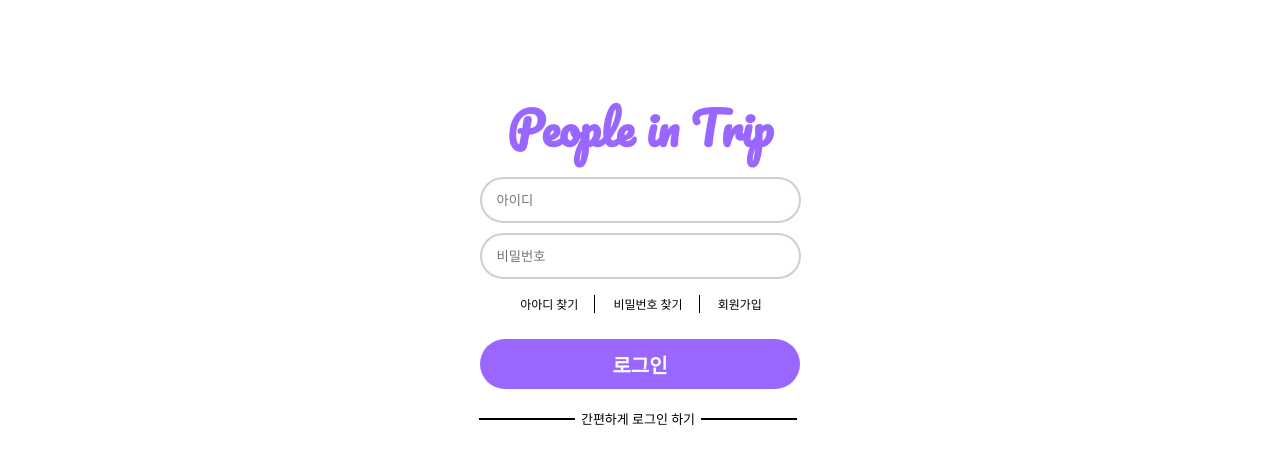
Repository: kimjinmin4535/ezen_loginteam
Page: http://localhost/Ezen_Project/login/login.jsp
These files come from the project's save history. The page is drawn as it stood at one moment and after the next save; the edit follows.
The browser window is 1280 px wide. The pictures show the whole page.
The page is served by Tomcat 9. Other server files are loaded and not shown.

Above is the page before, as saved 2022-07-04 16:39:47.

### Ezen_Project/src/main/webapp/login/login.jsp
<%@ page language="java" contentType="text/html; charset=UTF-8"
    pageEncoding="UTF-8"%>
<!DOCTYPE html>
<html>
<head>
<meta charset="UTF-8">
<title>로그인</title>
<link rel="stylesheet" href="../resources/css/login/login.css" />
<link href='https://fonts.googleapis.com/css?family=Pacifico' rel='stylesheet'>
</head>
<body>
	<div class="login_form">
		<h1>People in Trip</h1>
		<form action="#">
			<div>
				<input type="text" placeholder="아이디" id="login_id" /><br>
				<input type="password" placeholder="비밀번호" id="login_pw" />
				<ul>
					<li id="login_menu"><a href="#" id="login_menu">아아디 찾기</a></li>
					<li id="login_menu"><a href="#" id="login_menu">비밀번호 찾기</a></li>
					<li id="login_menu"><a href="#" id="login_menu">회원가입</a></li>
				</ul>
				<button type="submit" id="login_bt"><strong>로그인</strong></button>
			</div>
		</form>
		<div>
			<p id="login_ez">간편하게 로그인 하기</p>
			<img>
		</div>
	</div>
</body>
</html>

### Ezen_Project/src/main/webapp/resources/css/login/login.css
@charset "UTF-8";

.login_form {
	text-align: center;
	margin-top: 7%;
}

#login_menu {
	text-decoration: none;
	list-style: none;
	display: inline-block;
	color: black;
	font-size: 12px;
	border-left: 1px solid black;
	padding: 0px 40px 0px 20px;
	margin: 0px -23px 0px -22px;
}
#login_menu:first-child {
	border-left: none;
}

h1 {
	color: #9966ff;
	font-family: Pacifico;
	font-size: 45px;
	margin-bottom: 10px;
}

#login_id {
	border-radius: 25px;
	height: 40px;
	width: 300px;
	padding-left: 15px;
	border: 2px solid #d0cece;
	outline: none;
}

#login_pw {
	border-radius: 25px;
	height: 40px;
	width: 300px;
	margin-top: 10px;
	padding-left: 15px;
	border: 2px solid #d0cece;
	outline: none;
}

#login_bt {
	border-radius: 25px;
	height: 50px;
	width: 320px;
	margin-top: 10px;
	background-color: #9966ff;
	border: #9966ff;
	color: white;
	cursor: pointer;
	font-size: 20px;
}

#login_ez {
	display: inline-flex;
	align-items: center;
	color: black;
	font-size: 13px;
	margin: 20px 0px;
	width: 330px;
}
#login_ez::before,
#login_ez::after {
	content: "";
	flex-grow: 1;
	background: black;
	height: 2px;
	font-size: 0px;
	line-height: 0px;
	margin: 0px 6px;
}

After the next save:
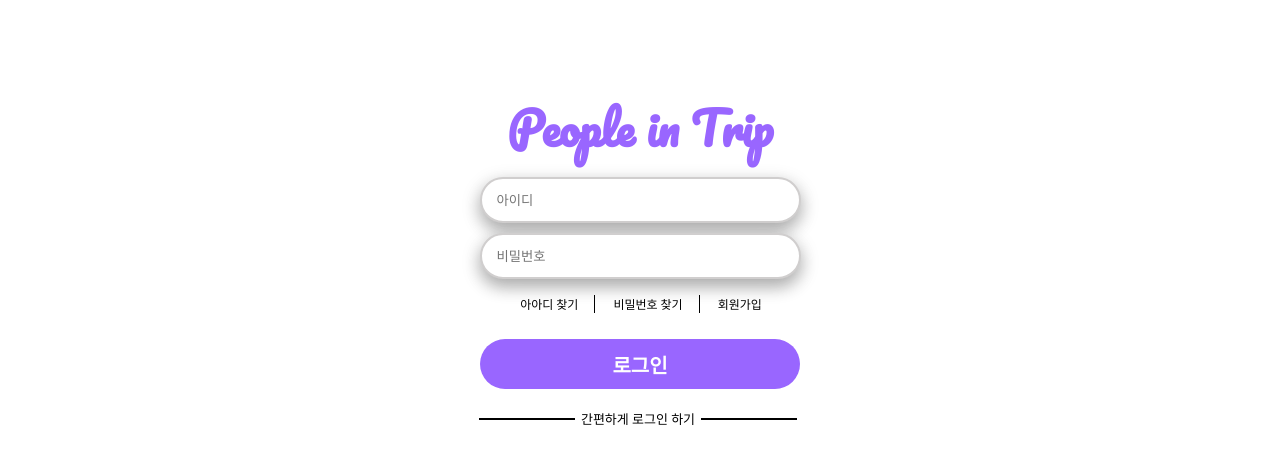
Saved 14 h 43 min later.
--- a/Ezen_Project/src/main/webapp/resources/css/login/login.css
+++ b/Ezen_Project/src/main/webapp/resources/css/login/login.css
@@ -32,6 +32,7 @@
 	width: 300px;
 	padding-left: 15px;
 	border: 2px solid #d0cece;
+	box-shadow: 0 8px 16px 0 rgba(0,0,0,0.2), 0 6px 20px 0 rgba(0,0,0,0.19);
 	outline: none;
 }
 
@@ -42,6 +43,7 @@
 	margin-top: 10px;
 	padding-left: 15px;
 	border: 2px solid #d0cece;
+	box-shadow: 0 8px 16px 0 rgba(0,0,0,0.2), 0 6px 20px 0 rgba(0,0,0,0.19);
 	outline: none;
 }
 
